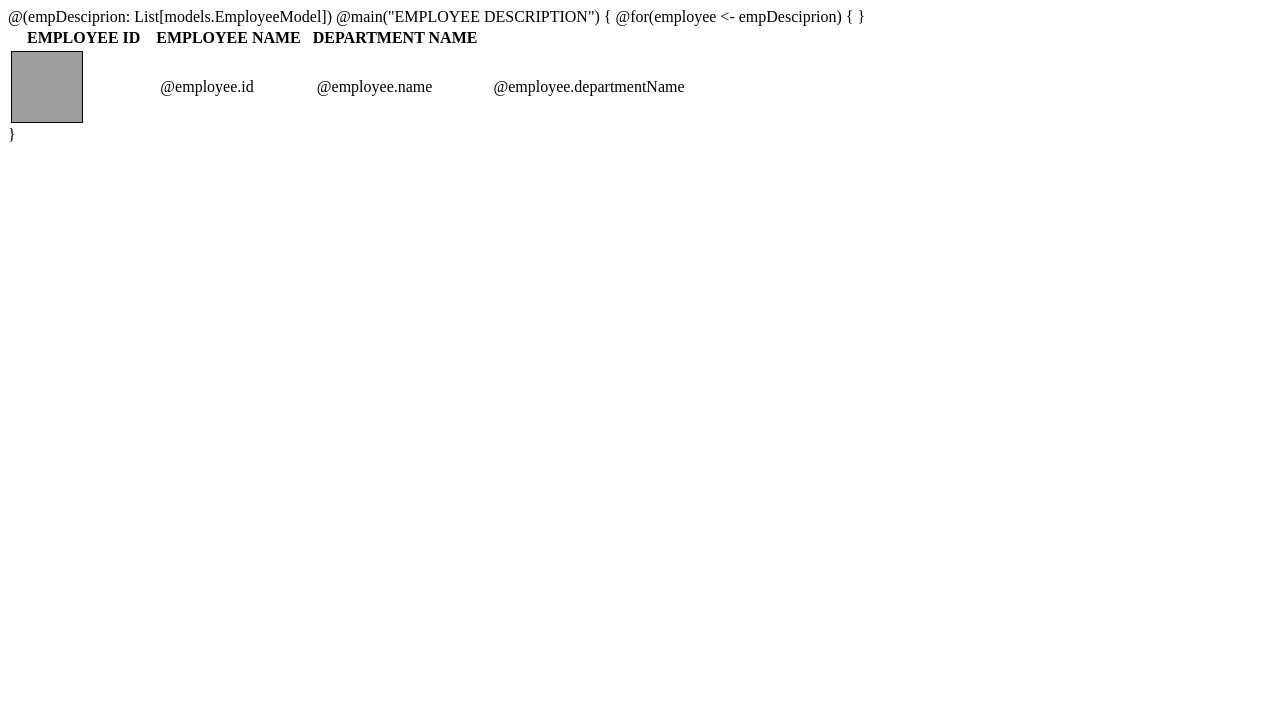
Repository: sumitkum200690/PLAY_SLICK
Page: Play_DB/app/views/employeeByIdDescription.scala.html
An editor plug-in stored every save of this project. The page is shown before and after the next save, followed by the edit.
The browser window is 1280 px wide. The pictures show the whole page.
Pictures or frames that could not be fetched are drawn as grey boxes.

Above is the page before, as saved 2015-09-25 10:42:39.

### Play_DB/app/views/employeeByIdDescription.scala.html
@(empDesciprion: List[models.EmployeeModel])





			@main("EMPLOYEE DESCRIPTION") {

			<table style="text-align: left;cell-spacing:3px;cell-padding:3px;border:1px;border-color: black">

			  <tr><th>&nbsp; &nbsp; EMPLOYEE ID</th><th> &nbsp; &nbsp;EMPLOYEE NAME</th><th>&nbsp;&nbsp;DEPARTMENT NAME</th> </tr>

			  @for(employee <- empDesciprion) {




				<tr>

				<td><img src="/assets/images/@employee.id@(".png")" alt="alt text" height="70" width="70" border="1"/></td>

				<td>&nbsp;&nbsp; &nbsp;@employee.id</td><td>&nbsp; &nbsp;@employee.name</td> <td>&nbsp; &nbsp;@employee.departmentName</td>

				</tr>

			 }
			  </table>

			}

After the next save:
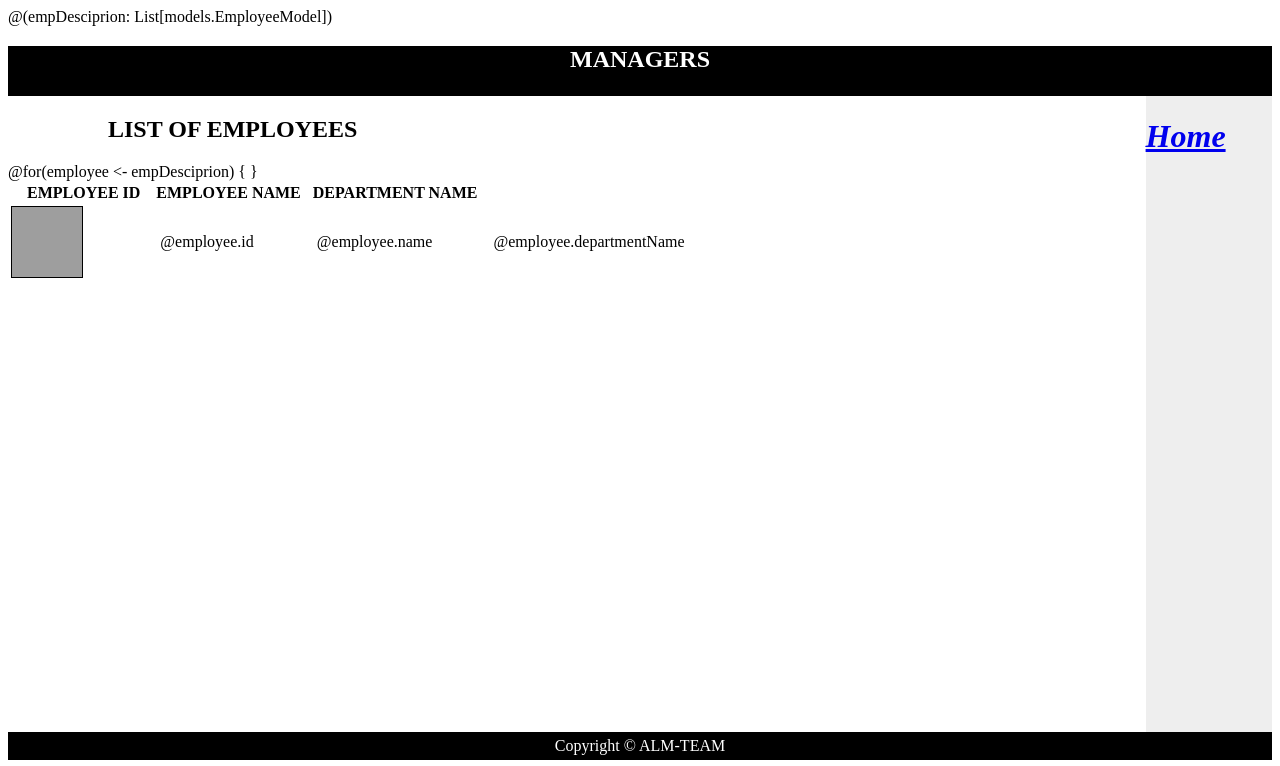
Saved 3 min 9 s later.
--- a/Play_DB/app/views/employeeByIdDescription.scala.html
+++ b/Play_DB/app/views/employeeByIdDescription.scala.html
@@ -1,12 +1,120 @@
 @(empDesciprion: List[models.EmployeeModel])
+<head>
+<style>
+
+#maindiv{
+	height:100%;
+	width:100%;
+
+}
+
+#header{
+	height:7%;
+	width:100%;
+	background-color:black;
+	color:white;
+	text-align:center;
+
+
+}
+
+
+#d3{
+	height:93%;
+	width:100%;
+	float:left;
+}
+
+#content{
+	height:95%;
+	width:100%;
+
+}
+
+#list{
+	height:100%;
+	width:90%;
+	float:left;
+	background-color:white;
+}
+
+#home{
+	height:100%;
+	width:10%;
+	float:left;
+	background-color:#eeeeee;
+}
+
+#footer{
+	height:5%;
+	width:100%;
+	background-color:black;
+	color:white;
+}
+
+#header2 {
+    background-color:black;
+    color:white;
+    text-align:center;
+    padding:5px;
+}
+
+#section {
+    width:100%;
+    float:left;
+    padding:10px;
+     height: 100%;
+     background-color:blue;
+}
+
+#section2 {
+    width:100%;
+    float:left;
+    padding:10px;
+     height: 100%;
+}
+
+#footer2 {
+    background-color:black;
+    color:white;
+    clear:both;
+    text-align:center;
+   padding:5px;
+
+   margin-bottom: 1px;
+}
+
+
+
+
+</style>
+
+
+</head>
 
 
 
 
 
-			@main("EMPLOYEE DESCRIPTION") {
 
-			<table style="text-align: left;cell-spacing:3px;cell-padding:3px;border:1px;border-color: black">
+
+
+<body style="height: 100%; background-color:white" >
+
+<div id="maindiv">
+
+	<div id="header">
+
+	<h2>MANAGERS</h2>
+	</div>
+
+	<div id="d3">
+
+		<div id="content">
+
+			<div id="list">
+				<h2 style="margin-left:100px ">LIST OF EMPLOYEES</h2>
+				<table style="text-align: left;cell-spacing:3px;cell-padding:3px;border:1px;border-color: black">
 
 			  <tr><th>&nbsp; &nbsp; EMPLOYEE ID</th><th> &nbsp; &nbsp;EMPLOYEE NAME</th><th>&nbsp;&nbsp;DEPARTMENT NAME</th> </tr>
 
@@ -26,4 +134,16 @@
 			 }
 			  </table>
 
-			}
+			</div>
+
+			<div id="home" style="float:left;"><a href="/"><h1><b><I>Home</I></b></h1></a></div>
+
+		</div>
+
+		<div id="footer2">
+		Copyright © ALM-TEAM
+		</div>
+
+	</div>
+
+</div>
